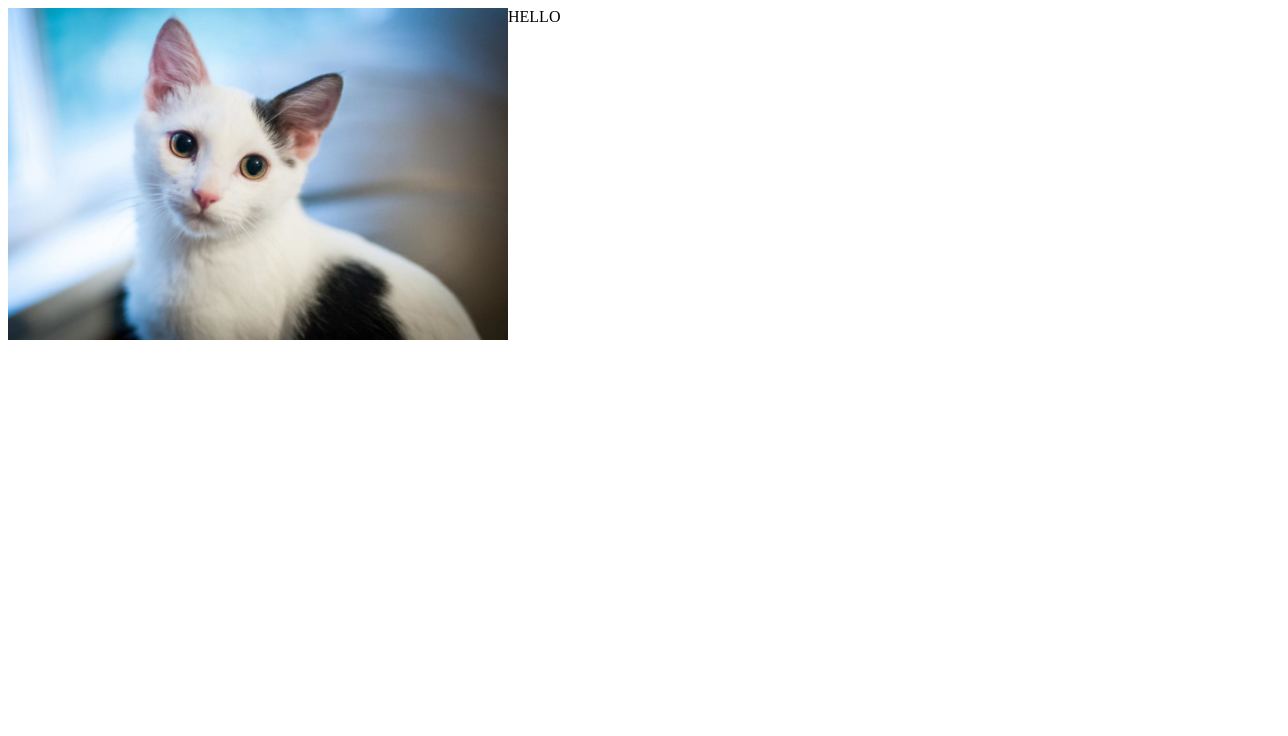
Repository: AustinW24/pg-catfacts
Page: cat-facts.html
These files come from the project's save history. The page is drawn as it stood at one moment and after a run of saves; the edit follows.
The browser window is 1280 px wide. The page is 1288 px wide, so the pictures cover 1288 px, including what lies to the right of the window. The pictures show the whole page.
The page's requests for data from a server got no answer.

Above is the page before, as saved 2021-12-29 15:25:59.

### cat-facts.html
<!doctype html>
<html lang="en">
<head>
  <meta charset="utf-8">
  <title>Cat Facts</title>
  <meta name="description" content="Description Goes Here">
  <link rel="stylesheet" href="cat-facts.css">
</head>
<body>
  <script src="./cat-facts.js"></script>
  <div class="popup-container">
    <div>
        <img src="./images/cat-img.jpeg" class="cat-photo">
    </div>
    <div>HELLO</div>
  </div>
</body>
</html>

### cat-facts.css
* {
    box-sizing: border-box;
}
body {
    height: 100vh;
    width: 100vw;
}
.cat-photo {
    max-width: 500px;
}
.popup-container {
    display: flex;
    flex-direction: row;
    width: 100%;
}

### cat-facts.js
document.addEventListener('DOMContentLoaded', ()=>{

    async function getCatFacts(){
      let response = await fetch(`https://cat-fact.herokuapp.com/facts`);
      let data = await response.json()
      console.log(data)
      return data;
    }
    getCatFacts()

 })

After the next 2 saves:
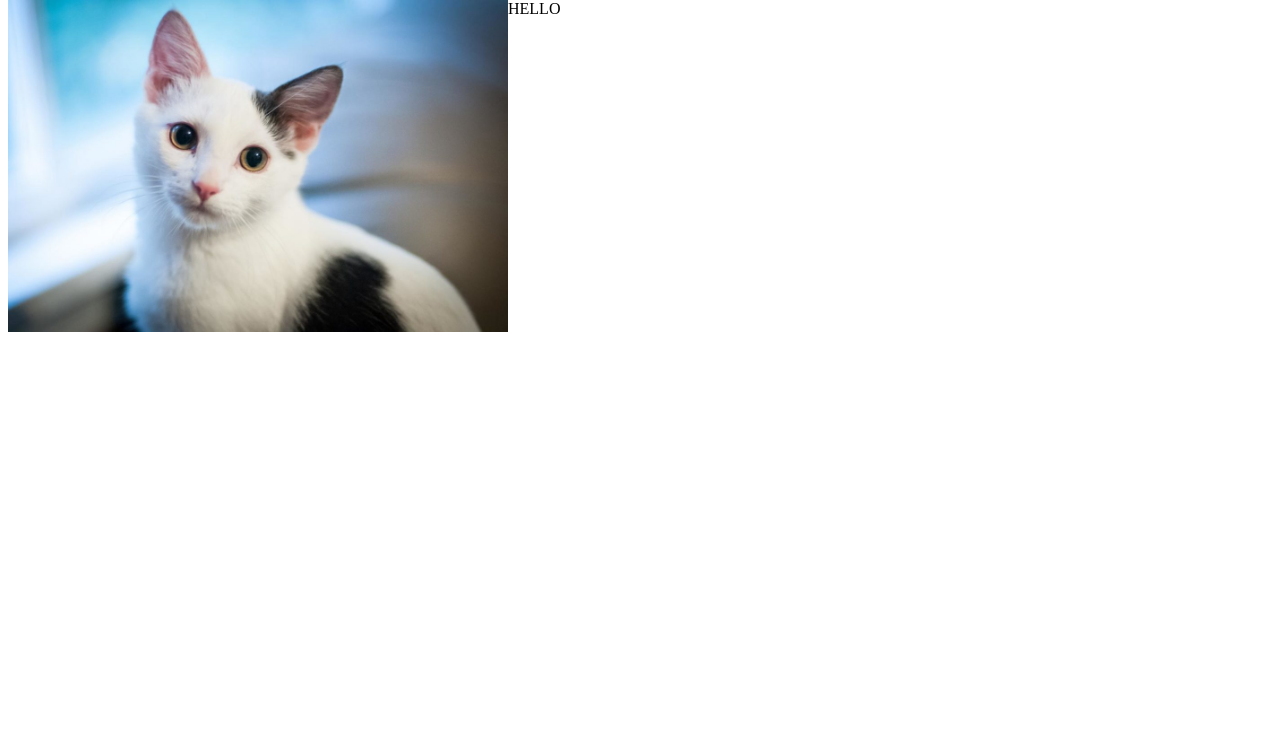
The 2 saves are shown as one change because they came seconds apart.
The last was saved 2 min 7 s later.
--- a/cat-facts.css
+++ b/cat-facts.css
@@ -12,4 +12,10 @@ body {
     display: flex;
     flex-direction: row;
     width: 100%;
+    position: absolute;
+    width: 100%;
+    top: 0;
+    height: 100%;
+    overflow: hidden;
+    transition: all 1s;
 }
